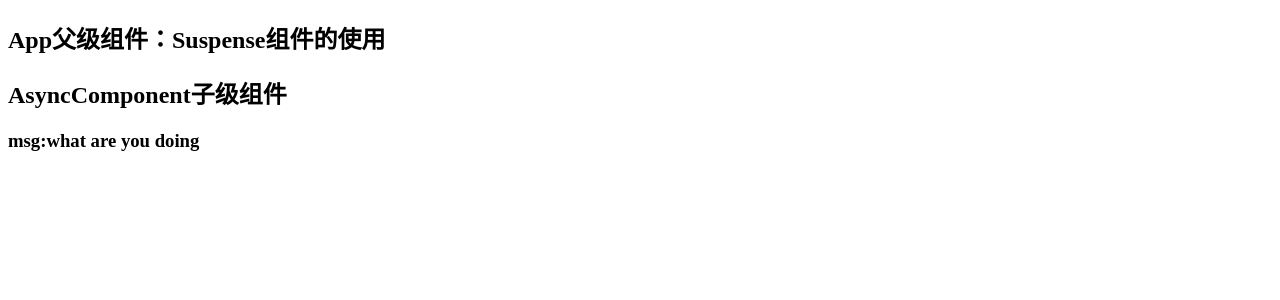
Repository: zhuhongxiang/Vue3.0-TSLeaning
Page: / (app in 04_Vue3/vue3_learning/)
An editor plug-in stored every save of this project. The page is shown before and after the next save, followed by the edit.
The browser window is 1280 px wide. The pictures show the whole page.
The project was rebuilt for these pictures with package versions that can differ from the ones it lists, and the page was loaded fresh each time.

Above is the page before, as saved 2021-07-27 19:42:47.

### 04_Vue3/vue3_learning/src/main.ts
// 程序的主入口文件，ts文件，是main.ts
// 引入createApp函数，创建对应的应用产生应用的实例对象
import { createApp } from 'vue'
// 引入App组件（所有组件的父级组件）
import App from './App.vue'
// 创建App应用返回对应的实例对象，调用mount方法进行挂载
createApp(App).mount('#app')

### 04_Vue3/vue3_learning/src/App.vue
<template>
  <h2>App父级组件：Suspense组件的使用</h2>

  <Suspense>
    <template #default>
      <!---异步组件--->
      <AsyncComponent />
    </template>
    <template v-slot:fallback>
      <h2>Loading...</h2>
    </template>
  </Suspense>
</template>

<script lang='ts'>
import { defineComponent, defineAsyncComponent } from "vue";
// 引入组件：静态引入和动态引入

// vue2中的动态引入组件的写法:(在Vue3中这种写法不行)
// const AsyncComponent = () => import("./AsyncComponent.vue");
// Vue3中的动态引入组件的写法
// const AsyncComponent = defineAsyncComponent(
//   () => import("./AsyncComponent.vue")
// );
// 静态引入组件
import AsyncComponent from "./AsyncComponent.vue";
export default defineComponent({
  name: "App",
  props: {},
  components: {
    AsyncComponent,
  },
  setup() {
    return {};
  },
});
</script>

<style scoped>
</style>

### 04_Vue3/vue3_learning/src/AsyncComponent.vue
<template>
  <h2>AsyncComponent子级组件</h2>
  <h3>msg:{{ msg }}</h3>
</template>

<script lang='ts'>
import { defineComponent, reactive } from "vue";
export default defineComponent({
  name: "AsyncComponent",
  props: {},
  components: {},
  setup() {
    return new Promise((resolve, reject) => {
      setTimeout(() => {
        resolve({
          msg: "what are you doing",
        });
      }, 2000);
    });
    // return {};
  },
});
</script>

<style scoped>
</style>

### 04_Vue3/vue3_learning/src/AsyncAddress.vue
<template>
  <h2>AsyncAddress组件</h2>
  <h3>{{ data }}</h3>
</template>

<script lang='ts'>
import axios from "axios";
import { defineComponent, reactive } from "vue";
export default defineComponent({
  name: "AsyncAddress",
  props: {},
  components: {},
  setup() {
    return axios.get("data/address.json").then((response) => {
      return {
        data: response.data,
      };
    });
  },
});
</script>

<style scoped>
</style>

### 04_Vue3/vue3_learning/public/data/address.json
{
    "id":1,
    "address":"北京邮电大学",
    "distance":"1000m"
}

Loaded but not shown: 04_Vue3/vue3_learning/public/index.html (common file)

After the next save:
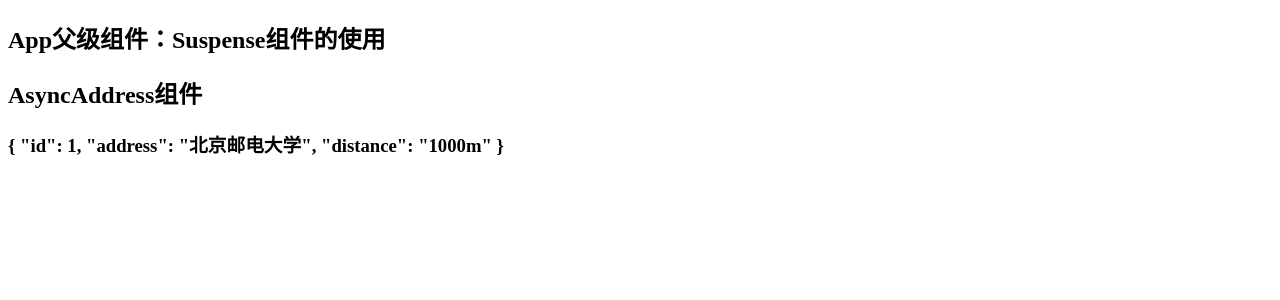
Saved 92 s later.
--- a/04_Vue3/vue3_learning/src/App.vue
+++ b/04_Vue3/vue3_learning/src/App.vue
@@ -4,7 +4,8 @@
   <Suspense>
     <template #default>
       <!---异步组件--->
-      <AsyncComponent />
+      <!-- <AsyncComponent /> -->
+      <AsyncAddress />
     </template>
     <template v-slot:fallback>
       <h2>Loading...</h2>
@@ -23,12 +24,14 @@ import { defineComponent, defineAsyncComponent } from "vue";
 //   () => import("./AsyncComponent.vue")
 // );
 // 静态引入组件
-import AsyncComponent from "./AsyncComponent.vue";
+// import AsyncComponent from "./AsyncComponent.vue";
+import AsyncAddress from "./AsyncAddress.vue";
 export default defineComponent({
   name: "App",
   props: {},
   components: {
-    AsyncComponent,
+    // AsyncComponent,
+    AsyncAddress,
   },
   setup() {
     return {};
